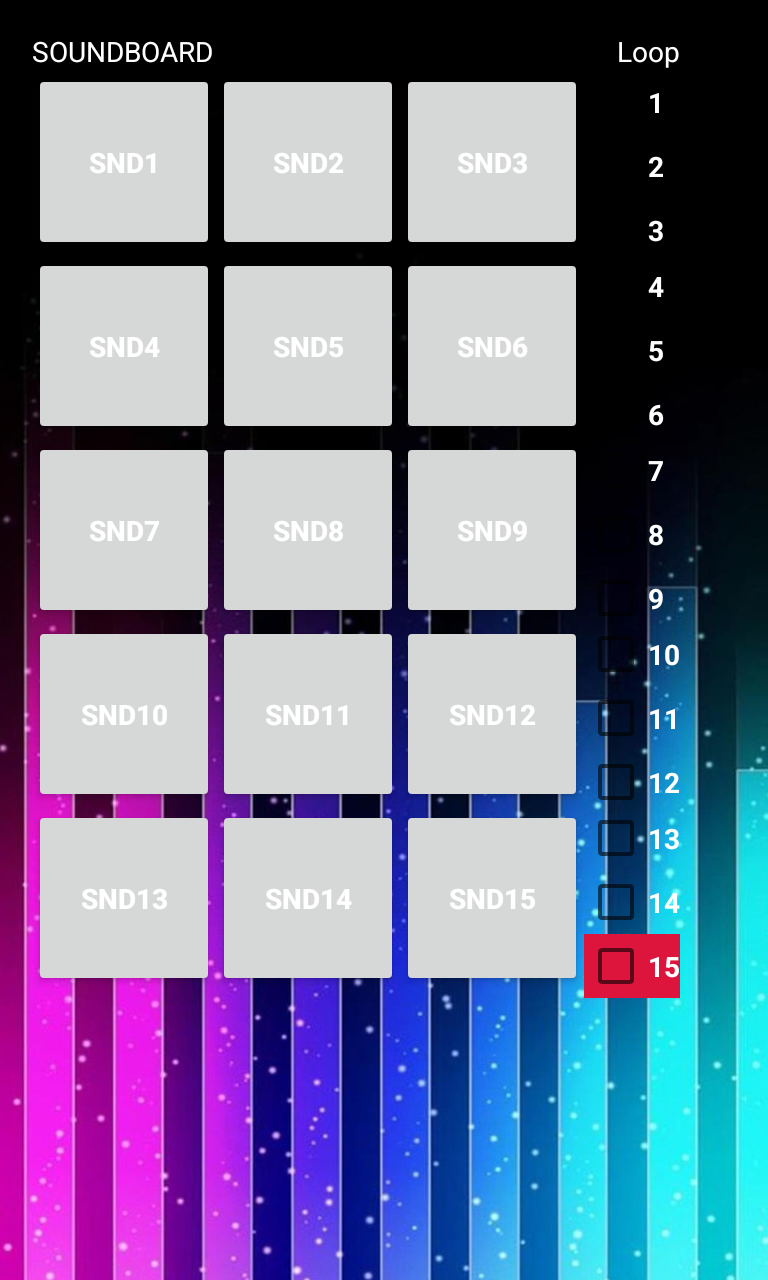
Repository: SoundBoardJAMJ/Project
Layout: workspace/SoundBoard/res/layout/defboard.xml
These files come from the project's save history. The layout is drawn as it stood at one moment and after the next save; the edit follows.
It is drawn on a 768 x 1280 px phone screen (xhdpi) without system bars, with theme AppTheme; the app's code is not run.

Above is the layout before, as saved 2014-05-02 07:20:04.

After the next save:
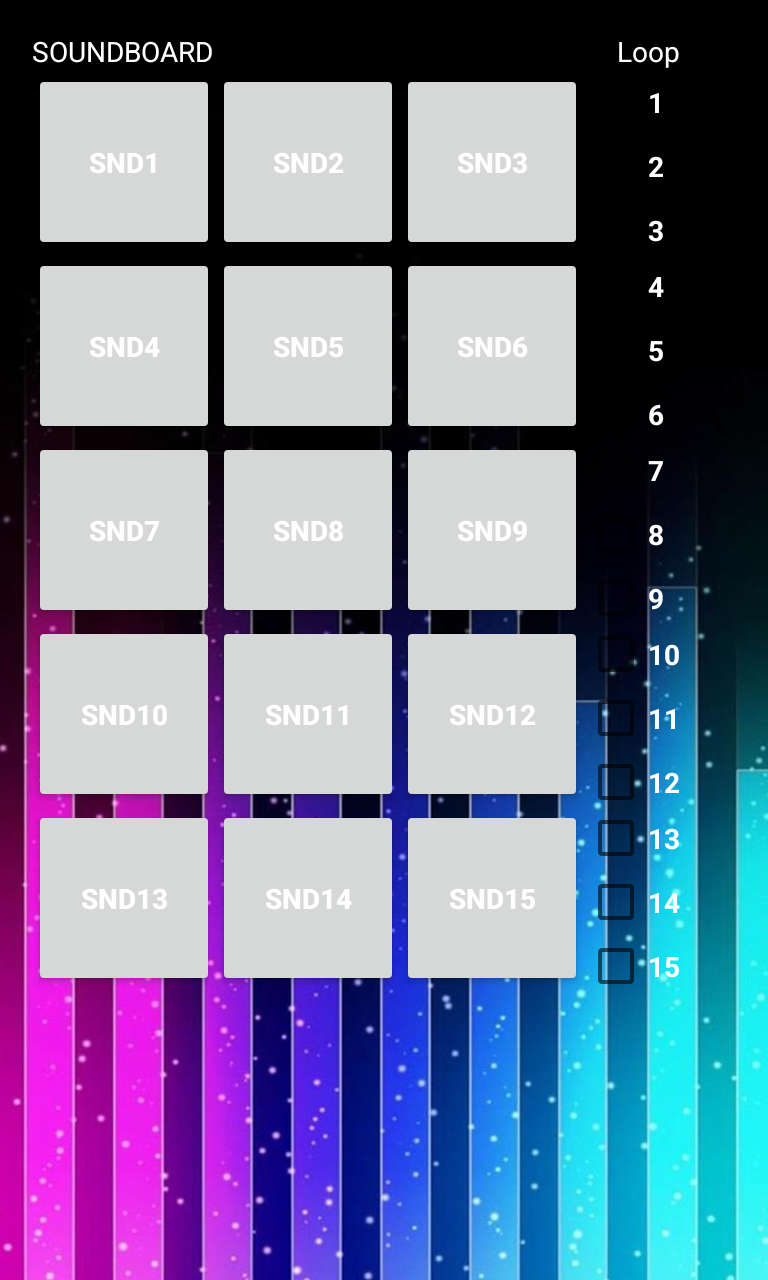
Saved 19 s later.
--- a/workspace/SoundBoard/res/layout/defboard.xml
+++ b/workspace/SoundBoard/res/layout/defboard.xml
@@ -386,7 +386,7 @@ android:layout_height="match_parent" >
         android:textColor="@android:color/white"
         android:alpha="1.0"
         android:textStyle="bold"
-        android:background="#DD143C"
+        android:background="#00DD143C"
         android:text="15" />
 
     <TextView
